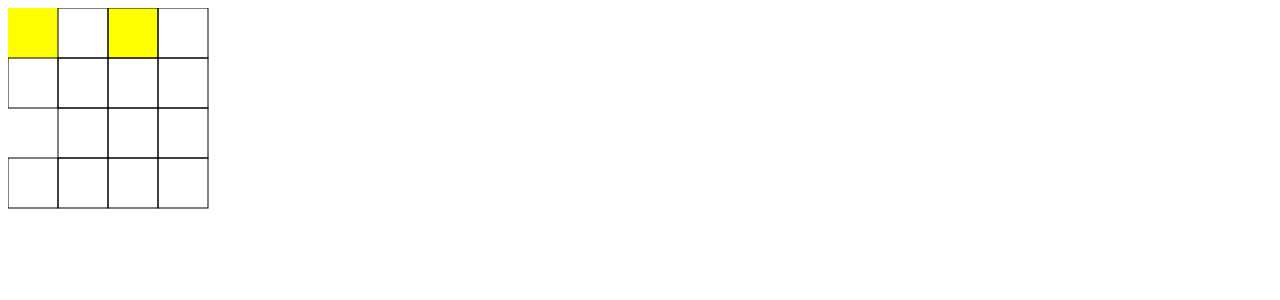
Repository: JIHYEONHE/doit
Page: FAST_ZZANG/static/canvas3.html
The author's editor kept a copy of each file at every save. The page is drawn from the files as they stood at one save, then again after the next save.
The browser window is 1280 px wide. The pictures show the whole page.

Above is the page before, as saved 2022-10-18 01:37:14.

### FAST_ZZANG/static/canvas3.html
<!DOCTYPE html>
<html>
<head>
<meta charset="UTF-8">
<title>Insert title here</title>
<script type="text/javascript">
var cvr2D = [
	   [1,0,1,0],
	   [1,1,1,0],
	   [0,0,0,1],
	   [1,1,0,0]
	];

function myinit(){
    const c = document.getElementById('mycan');
    // 2. 2d모드의 그리기 객체를 취득한다. => 이 객체를 통해 canvas에 그림을 그릴 수 있다.
    const ctx = c.getContext("2d");

    for(var i=0; i<4; i++){ //i는 y
		for(var j=0; j<4; j++){
		    if(cvr2D[i][j]==1&&i==0){
			    ctx.fillStyle = 'yellow';
			    ctx.fillRect(j*50,i, 50, 50);
		    }else{
		        ctx.strokeStyle = 'black';
		        ctx.strokeRect(i*50, j*50, 50, 50);

		    }
		}
	}

//     for(var i=0; i<4; i++){ //i는 y
// 		for(var j=0; j<4; j++){
// 			    ctx.fillStyle = 'pink';
// 			    ctx.fillRect(j*50,i, 50, 50);
// 		}
//     }
}

</script>
</head>
<body onload="myinit()">

<canvas id="mycan" width="400px" height="400px">

</canvas>

</body>
</html>

After the next save:
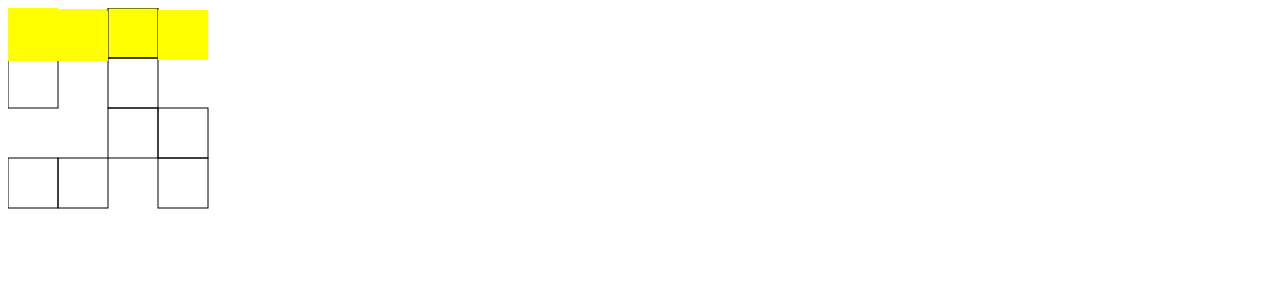
Saved 30 s later.
--- a/FAST_ZZANG/static/canvas3.html
+++ b/FAST_ZZANG/static/canvas3.html
@@ -18,7 +18,7 @@
 
     for(var i=0; i<4; i++){ //i는 y
 		for(var j=0; j<4; j++){
-		    if(cvr2D[i][j]==1&&i==0){
+		    if(cvr2D[i][j]==1){
 			    ctx.fillStyle = 'yellow';
 			    ctx.fillRect(j*50,i, 50, 50);
 		    }else{
